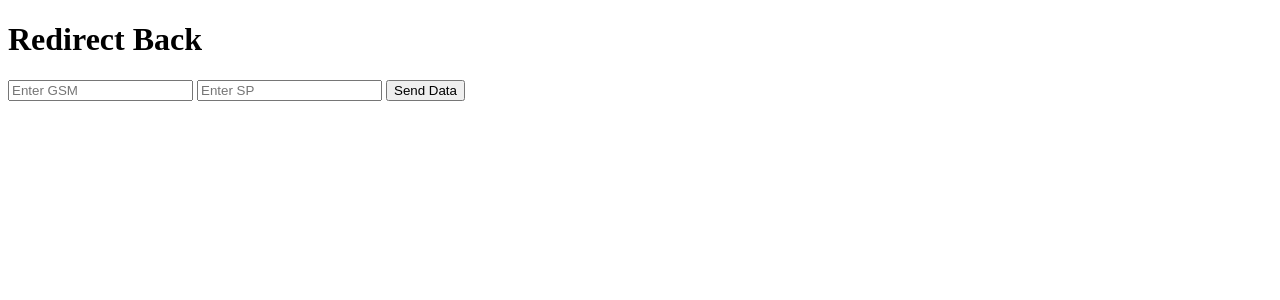
Repository: daBatmanCoder/redirect_back
Page: index.html
An editor plug-in stored every save of this project. The page is shown before and after the next save, followed by the edit.
The browser window is 1280 px wide. The pictures show the whole page.

Above is the page before, as saved 2024-08-01 10:06:02.

After the next save:
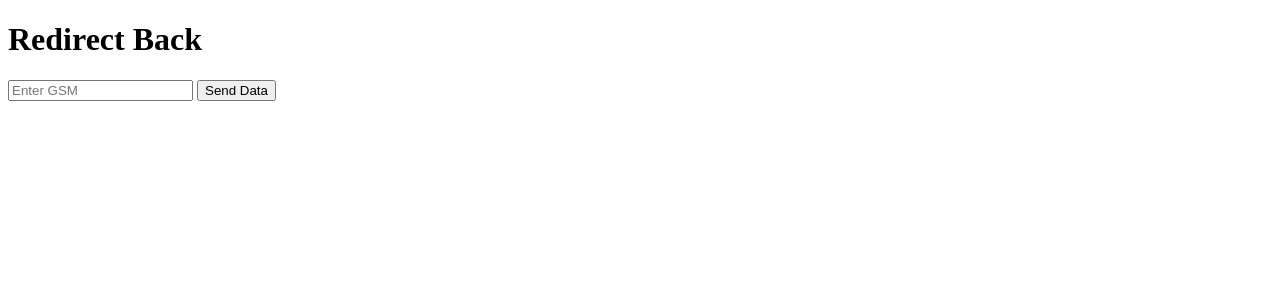
Saved 4 s later.
--- a/index.html
+++ b/index.html
@@ -8,7 +8,7 @@
 <body>
     <h1>Redirect Back</h1>
     <input type="text" id="eenGsmInput" placeholder="Enter GSM">
-    <input type="text" id="deSpInput" placeholder="Enter SP">
+    <!-- <input type="text" id="deSpInput" placeholder="Enter SP"> -->
     <button onclick="returnBack()">Send Data</button>
     <script src="script.js"></script>
 </body>
